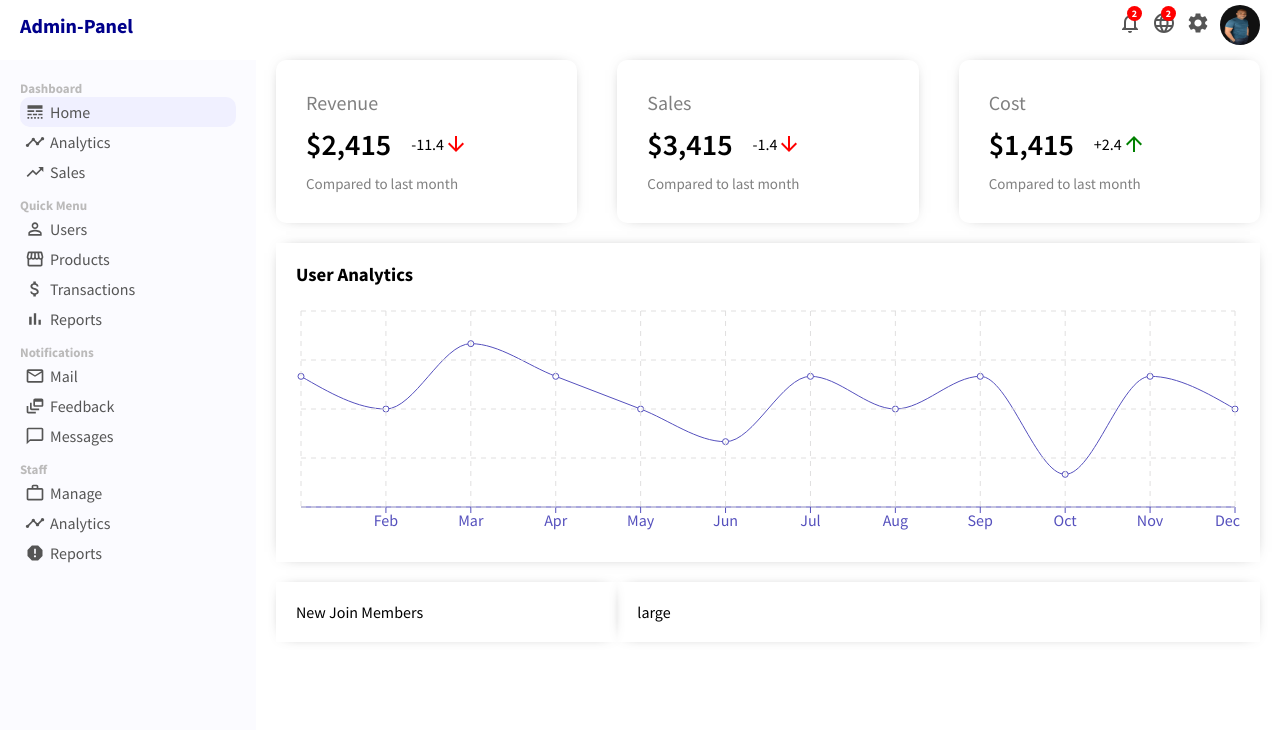
Repository: Samkiroko/admin-panel-ui
Page: /products
The author's editor kept a copy of each file at every save. The page is drawn from the files as they stood at one save, then again after the next save.
The browser window is 1280 px wide. The pictures show the whole page.
The project was rebuilt for these pictures with package versions that can differ from the ones it lists, and the page was loaded fresh each time.

Above is the page before, as saved 2021-09-22 21:36:15.

### public/index.html
<!DOCTYPE html>
<html lang="en">
  <head>
    <meta charset="utf-8" />

    <meta name="viewport" content="width=device-width, initial-scale=1" />
    <meta name="theme-color" content="#000000" />
    <meta
      name="description"
      content="Web site created using create-react-app"
    />
    <link rel="preconnect" href="https://fonts.googleapis.com" />
    <link rel="preconnect" href="https://fonts.gstatic.com" crossorigin />
    <link
      href="https://fonts.googleapis.com/css2?family=Source+Sans+Pro:wght@200;300;400;600;700;900&display=swap"
      rel="stylesheet"
    />

    <style>
      * {
        font-family: "Source Sans Pro", sans-serif;
        margin: 0;
      }
    </style>
    <title>React admin panel</title>
  </head>

  <body>
    <noscript>You need to enable JavaScript to run this app.</noscript>
    <div id="root"></div>
  </body>
</html>

### src/App.js
import Sidebar from './components/sidebar/Sidebar'
import Topbar from './components/topbar/Topbar'
import './app.css'
import Home from './pages/home/Home'

function App() {
  return (
    <div className='App'>
      <Topbar />
      <div className='container'>
        <Sidebar />
        <Home />
      </div>
    </div>
  )
}

export default App

### src/components/sidebar/Sidebar.js
import {
  LineStyle,
  Timeline,
  TrendingUp,
  PermIdentity,
  Storefront,
  AttachMoney,
  BarChart,
  MailOutline,
  DynamicFeed,
  ChatBubbleOutline,
  WorkOutline,
  Report,
} from '@material-ui/icons'
import React from 'react'
import './sidebar.css'

const Sidebar = () => {
  return (
    <div className='sidebar'>
      <div className='sidebarWrapper'>
        <div className='sidebarMenu'>
          <h3 className='sidebarTitle'>Dashboard</h3>
          <ul className='sidebarList'>
            <li className='sidebarListItem active'>
              <LineStyle className='sidebarIcon' />
              Home
            </li>

            <li className='sidebarListItem'>
              <Timeline className='sidebarIcon' />
              Analytics
            </li>
            <li className='sidebarListItem'>
              <TrendingUp className='sidebarIcon' />
              Sales
            </li>
          </ul>
        </div>
        <div className='sidebarMenu'>
          <h3 className='sidebarTitle'>Quick Menu</h3>
          <ul className='sidebarList'>
            <li className='sidebarListItem'>
              <PermIdentity className='sidebarIcon' />
              Users
            </li>

            <li className='sidebarListItem'>
              <Storefront className='sidebarIcon' />
              Products
            </li>

            <li className='sidebarListItem'>
              <AttachMoney className='sidebarIcon' />
              Transactions
            </li>
            <li className='sidebarListItem'>
              <BarChart className='sidebarIcon' />
              Reports
            </li>
          </ul>
        </div>
        <div className='sidebarMenu'>
          <h3 className='sidebarTitle'>Notifications</h3>
          <ul className='sidebarList'>
            <li className='sidebarListItem'>
              <MailOutline className='sidebarIcon' />
              Mail
            </li>
            <li className='sidebarListItem'>
              <DynamicFeed className='sidebarIcon' />
              Feedback
            </li>
            <li className='sidebarListItem'>
              <ChatBubbleOutline className='sidebarIcon' />
              Messages
            </li>
          </ul>
        </div>
        <div className='sidebarMenu'>
          <h3 className='sidebarTitle'>Staff</h3>
          <ul className='sidebarList'>
            <li className='sidebarListItem'>
              <WorkOutline className='sidebarIcon' />
              Manage
            </li>
            <li className='sidebarListItem'>
              <Timeline className='sidebarIcon' />
              Analytics
            </li>
            <li className='sidebarListItem'>
              <Report className='sidebarIcon' />
              Reports
            </li>
          </ul>
        </div>
      </div>
    </div>
  )
}

export default Sidebar

### src/components/topbar/Topbar.js
import React from 'react'
import './topbar.css'
import { Language, NotificationsNone, Settings } from '@material-ui/icons'
import avatar from '../../images/sam_pic.jpeg'
const Topbar = () => {
  return (
    <div className='topbar'>
      <div className='topbarWrapper'>
        <div className='topLeft'>
          <span className='logo'>Admin-Panel</span>
        </div>
        <div className='topRight'>
          <div className='topbarIconContainer'>
            <NotificationsNone />
            <span className='topIconBadge'>2</span>
          </div>
          <div className='topbarIconContainer'>
            <Language />
            <span className='topIconBadge'>2</span>
          </div>
          <div className='topbarIconContainer'>
            <Settings />
          </div>
          <img src={avatar} alt='avatar' className='topAvatar' />
        </div>
      </div>
    </div>
  )
}

export default Topbar

### src/app.css
.container {
    display: flex;
    margin-top: 10px;
}

.link {
    text-decoration: none;
    color: inherit;
}

### src/pages/home/Home.js
import React from 'react'
import Chart from '../../components/chart/Chart'
import FeatureInfo from '../../components/featuredInfo/FeatureInfo'
import './home.css'
import { userData } from '../../dummyData'
import WidgetLg from '../../components/widgetLg/WidgetLg'
import WidgetSm from '../../components/widgetSm/WidgetSm'

const Home = () => {
  return (
    <div className='home'>
      <FeatureInfo />
      <Chart data={userData} title='User Analytics' grid dataKey='Active User' />
      <div className='homeWidgets'>
        <WidgetSm />
        <WidgetLg />
      </div>
    </div>
  )
}

export default Home

### src/components/sidebar/sidebar.css
.sidebar {
    flex: 1;
    height: calc(100vh - 50px);
    background-color: rgb(251, 251, 255);
    position: sticky;
    top: 50px;
}

.sidebarWrapper {
    padding: 20px;
    color: #555;
}

.sidebarMenu {
    margin-bottom: 10px;
}

.sidebarTitle {
    font-size: 13px;
    color: rgb(187, 186, 186);
}

.sidebarList {
    list-style: none;
    padding: 0;
}

.sidebarListItem {
    padding: 5px;
    cursor: pointer;
    display: flex;
    align-items: center;
    border-radius: 10px;
}

.sidebarListItem.active,
.sidebarListItem:hover {
    background-color: rgb(240, 240, 255);
}

.sidebarIcon {
    margin-right: 5px;
    font-size: 20px !important;
}

### src/components/topbar/topbar.css
.topbar {
    width: 100%;
    height: 50px;
    background-color: white;
    position: sticky;
    top: 0;
    z-index: 999;
}

.topbarWrapper {
    height: 100%;
    padding: 0px 20px;
    display: flex;
    align-items: center;
    justify-content: space-between;
}

.logo {
    font-weight: bold;
    font-size: 20px;
    color: darkblue;
    cursor: pointer;
}

.topbarIconContainer {
    position: relative;
    align-items: center;
    margin-right: 10px;
    color: #555;
}

.topIconBadge {
    width: 15px;
    height: 15px;
    position: absolute;
    top: -5px;
    right: 0px;
    background-color: red;
    color: white;
    border-radius: 50%;
    display: flex;
    align-items: center;
    justify-content: center;
    font-size: 10px;
    font-weight: bold;
}

.topRight {
    display: flex;
    align-items: center;
    cursor: pointer;
}

.topAvatar {
    width: 40px;
    height: 40px;
    border-radius: 50%;
    cursor: pointer;
}

### src/components/chart/Chart.js
import './chart.css'
import { LineChart, Line, XAxis, CartesianGrid, Tooltip, ResponsiveContainer } from 'recharts'

export default function Chart({ title, data, dataKey, grid }) {
  return (
    <div className='chart'>
      <h3 className='chartTitle'>{title}</h3>
      <ResponsiveContainer width='100%' aspect={4 / 1}>
        <LineChart data={data}>
          <XAxis dataKey='name' stroke='#5550bd' />
          <Line type='monotone' dataKey={dataKey} stroke='#5550bd' />
          <Tooltip />
          {grid && <CartesianGrid stroke='#e0dfdf' strokeDasharray='5 5' />}
        </LineChart>
      </ResponsiveContainer>
    </div>
  )
}

### src/components/featuredInfo/FeatureInfo.js
import { ArrowDownward, ArrowUpward } from '@material-ui/icons'
import React from 'react'
import './featureInfo.css'

const FeatureInfo = () => {
  return (
    <div className='featured'>
      <div className='featuredItem'>
        <span className='featuredTitle'>Revenue</span>
        <div className='featuredMoneyContainer'>
          <span className='featuredMoney'>$2,415</span>
          <span className='featuredMoneyRate'>
            -11.4
            <ArrowDownward className='featuredIcon negative' />
          </span>
        </div>
        <span className='featuredSub'>Compared to last month</span>
      </div>
      <div className='featuredItem'>
        <span className='featuredTitle'>Sales</span>
        <div className='featuredMoneyContainer'>
          <span className='featuredMoney'>$3,415</span>
          <span className='featuredMoneyRate'>
            -1.4
            <ArrowDownward className='featuredIcon negative' />
          </span>
        </div>
        <span className='featuredSub'>Compared to last month</span>
      </div>{' '}
      <div className='featuredItem'>
        <span className='featuredTitle'>Cost</span>
        <div className='featuredMoneyContainer'>
          <span className='featuredMoney'>$1,415</span>
          <span className='featuredMoneyRate'>
            +2.4
            <ArrowUpward className='featuredIcon ' />
          </span>
        </div>
        <span className='featuredSub'>Compared to last month</span>
      </div>
    </div>
  )
}

export default FeatureInfo

### src/dummyData.js
export const userData = [
  {
    name: 'Jan',
    'Active User': 4000,
  },
  {
    name: 'Feb',
    'Active User': 3000,
  },
  {
    name: 'Mar',
    'Active User': 5000,
  },
  {
    name: 'Apr',
    'Active User': 4000,
  },
  {
    name: 'May',
    'Active User': 3000,
  },
  {
    name: 'Jun',
    'Active User': 2000,
  },
  {
    name: 'Jul',
    'Active User': 4000,
  },
  {
    name: 'Aug',
    'Active User': 3000,
  },
  {
    name: 'Sep',
    'Active User': 4000,
  },
  {
    name: 'Oct',
    'Active User': 1000,
  },
  {
    name: 'Nov',
    'Active User': 4000,
  },
  {
    name: 'Dec',
    'Active User': 3000,
  },
]

export const productData = [
  {
    name: 'Jan',
    Sales: 4000,
  },
  {
    name: 'Feb',
    Sales: 3000,
  },
  {
    name: 'Mar',
    Sales: 5000,
  },
]

export const userRows = [
  {
    id: 1,
    username: 'Jon Snow',
    avatar: 'https://images.pexels.com/photos/1152994/pexels-photo-1152994.jpeg?auto=compress&cs=tinysrgb&dpr=2&w=500',
    email: 'jon@gmail.com',
    status: 'active',
    transaction: '$120.00',
  },
  {
    id: 2,
    username: 'Jon Snow',
    avatar: 'https://images.pexels.com/photos/1152994/pexels-photo-1152994.jpeg?auto=compress&cs=tinysrgb&dpr=2&w=500',
    email: 'jon@gmail.com',
    status: 'active',
    transaction: '$120.00',
  },
  {
    id: 3,
    username: 'Jon Snow',
    avatar: 'https://images.pexels.com/photos/1152994/pexels-photo-1152994.jpeg?auto=compress&cs=tinysrgb&dpr=2&w=500',
    email: 'jon@gmail.com',
    status: 'active',
    transaction: '$120.00',
  },
  {
    id: 4,
    username: 'Jon Snow',
    avatar: 'https://images.pexels.com/photos/1152994/pexels-photo-1152994.jpeg?auto=compress&cs=tinysrgb&dpr=2&w=500',
    email: 'jon@gmail.com',
    status: 'active',
    transaction: '$120.00',
  },
  {
    id: 5,
    username: 'Jon Snow',
    avatar: 'https://images.pexels.com/photos/1152994/pexels-photo-1152994.jpeg?auto=compress&cs=tinysrgb&dpr=2&w=500',
    email: 'jon@gmail.com',
    status: 'active',
    transaction: '$120.00',
  },
  {
    id: 6,
    username: 'Jon Snow',
    avatar: 'https://images.pexels.com/photos/1152994/pexels-photo-1152994.jpeg?auto=compress&cs=tinysrgb&dpr=2&w=500',
    email: 'jon@gmail.com',
    status: 'active',
    transaction: '$120.00',
  },
  {
    id: 7,
    username: 'Jon Snow',
    avatar: 'https://images.pexels.com/photos/1152994/pexels-photo-1152994.jpeg?auto=compress&cs=tinysrgb&dpr=2&w=500',
    email: 'jon@gmail.com',
    status: 'active',
    transaction: '$120.00',
  },
  {
    id: 8,
    username: 'Jon Snow',
    avatar: 'https://images.pexels.com/photos/1152994/pexels-photo-1152994.jpeg?auto=compress&cs=tinysrgb&dpr=2&w=500',
    email: 'jon@gmail.com',
    status: 'active',
    transaction: '$120.00',
  },
  {
    id: 9,
    username: 'Jon Snow',
    avatar: 'https://images.pexels.com/photos/1152994/pexels-photo-1152994.jpeg?auto=compress&cs=tinysrgb&dpr=2&w=500',
    email: 'jon@gmail.com',
    status: 'active',
    transaction: '$120.00',
  },
  {
    id: 10,
    username: 'Jon Snow',
    avatar: 'https://images.pexels.com/photos/1152994/pexels-photo-1152994.jpeg?auto=compress&cs=tinysrgb&dpr=2&w=500',
    email: 'jon@gmail.com',
    status: 'active',
    transaction: '$120.00',
  },
]

export const productRows = [
  {
    id: 1,
    name: 'Apple Airpods',
    img: 'https://images.pexels.com/photos/7156886/pexels-photo-7156886.jpeg?auto=compress&cs=tinysrgb&dpr=2&w=500',
    stock: 123,
    status: 'active',
    price: '$120.00',
  },
  {
    id: 2,
    name: 'Apple Airpods',
    img: 'https://images.pexels.com/photos/7156886/pexels-photo-7156886.jpeg?auto=compress&cs=tinysrgb&dpr=2&w=500',
    stock: 123,
    status: 'active',
    price: '$120.00',
  },
  {
    id: 3,
    name: 'Apple Airpods',
    img: 'https://images.pexels.com/photos/7156886/pexels-photo-7156886.jpeg?auto=compress&cs=tinysrgb&dpr=2&w=500',
    stock: 123,
    status: 'active',
    price: '$120.00',
  },
  {
    id: 4,
    name: 'Apple Airpods',
    img: 'https://images.pexels.com/photos/7156886/pexels-photo-7156886.jpeg?auto=compress&cs=tinysrgb&dpr=2&w=500',
    stock: 123,
    status: 'active',
    price: '$120.00',
  },
  {
    id: 5,
    name: 'Apple Airpods',
    img: 'https://images.pexels.com/photos/7156886/pexels-photo-7156886.jpeg?auto=compress&cs=tinysrgb&dpr=2&w=500',
    stock: 123,
    status: 'active',
    price: '$120.00',
  },
  {
    id: 6,
    name: 'Apple Airpods',
    img: 'https://images.pexels.com/photos/7156886/pexels-photo-7156886.jpeg?auto=compress&cs=tinysrgb&dpr=2&w=500',
    stock: 123,
    status: 'active',
    price: '$120.00',
  },
  {
    id: 7,
    name: 'Apple Airpods',
    img: 'https://images.pexels.com/photos/7156886/pexels-photo-7156886.jpeg?auto=compress&cs=tinysrgb&dpr=2&w=500',
    stock: 123,
    status: 'active',
    price: '$120.00',
  },
  {
    id: 8,
    name: 'Apple Airpods',
    img: 'https://images.pexels.com/photos/7156886/pexels-photo-7156886.jpeg?auto=compress&cs=tinysrgb&dpr=2&w=500',
    stock: 123,
    status: 'active',
    price: '$120.00',
  },
  {
    id: 9,
    name: 'Apple Airpods',
    img: 'https://images.pexels.com/photos/7156886/pexels-photo-7156886.jpeg?auto=compress&cs=tinysrgb&dpr=2&w=500',
    stock: 123,
    status: 'active',
    price: '$120.00',
  },
  {
    id: 10,
    name: 'Apple Airpods',
    img: 'https://images.pexels.com/photos/7156886/pexels-photo-7156886.jpeg?auto=compress&cs=tinysrgb&dpr=2&w=500',
    stock: 123,
    status: 'active',
    price: '$120.00',
  },
]

### src/components/widgetLg/WidgetLg.js
import React from 'react'
import './widgetLg.css'

const WidgetLg = () => {
  return <div className='widgetLg'>large</div>
}

export default WidgetLg

### src/components/widgetSm/WidgetSm.js
import React from 'react'
import './widgetSm.css'

const WidgetSm = () => {
  return (
    <div className='widgetSg'>
      <span className='widgetSmTitle'>New Join Members</span>
    </div>
  )
}

export default WidgetSm

### src/components/chart/chart.css
.chart {
    margin: 20px;
    padding: 20px;
    cursor: pointer;
    -webkit-box-shadow: 0px 0px 15px -10px rgba(0, 0, 0, 0.75);
    box-shadow: 0px 0px 15px -10px rgba(0, 0, 0, 0.75);
}

.chartTitle {
    margin-bottom: 20px;
}

### src/components/featuredInfo/featureInfo.css
.featured {
    width: 100%;
    display: flex;
    justify-content: space-between;
}

.featuredItem {
    flex: 1;
    margin: 0px 20px;
    padding: 30px;
    border-radius: 10px;
    cursor: pointer;
    -webkit-box-shadow: 0px 0px 15px -10px rgba(0, 0, 0, 0.75);
    box-shadow: 0px 0px 15px -10px rgba(0, 0, 0, 0.75);
}

.featuredTitle {
    font-size: 20px;
    color: gray;
}

.featuredMoneyContainer {
    margin: 10px 0px;
    display: flex;
    align-items: center;
}

.featuredMoney {
    font-size: 30px;
    font-weight: 600;
}

.featuredMoneyRate {
    display: flex;
    align-items: center;
    margin-left: 20px;
}

.featuredIcon {
    font-size: 14px;
    margin-right: 5px;
    color: green;
}

.featuredIcon.negative {
    color: red;
}

.featuredSub {
    font-size: 15px;
    color: gray;
}

### src/components/widgetLg/widgetLg.css
.widgetLg {
    flex: 2;
    padding: 20px;
    -webkit-box-shadow: 0px 0px 15px -10px rgba(0, 0, 0, 0.75);
    box-shadow: 0px 0px 15px -10px rgba(0, 0, 0, 0.75);
}

### src/components/widgetSm/widgetSm.css
.widgetSg {
    flex: 1;
    padding: 20px;
    -webkit-box-shadow: 0px 0px 15px -10px rgba(0, 0, 0, 0.75);
    box-shadow: 0px 0px 15px -10px rgba(0, 0, 0, 0.75);
}

Loaded but not shown: src/index.js (common file); src/index.css (common file); src/pages/home/home.css (common file)

After the next save:
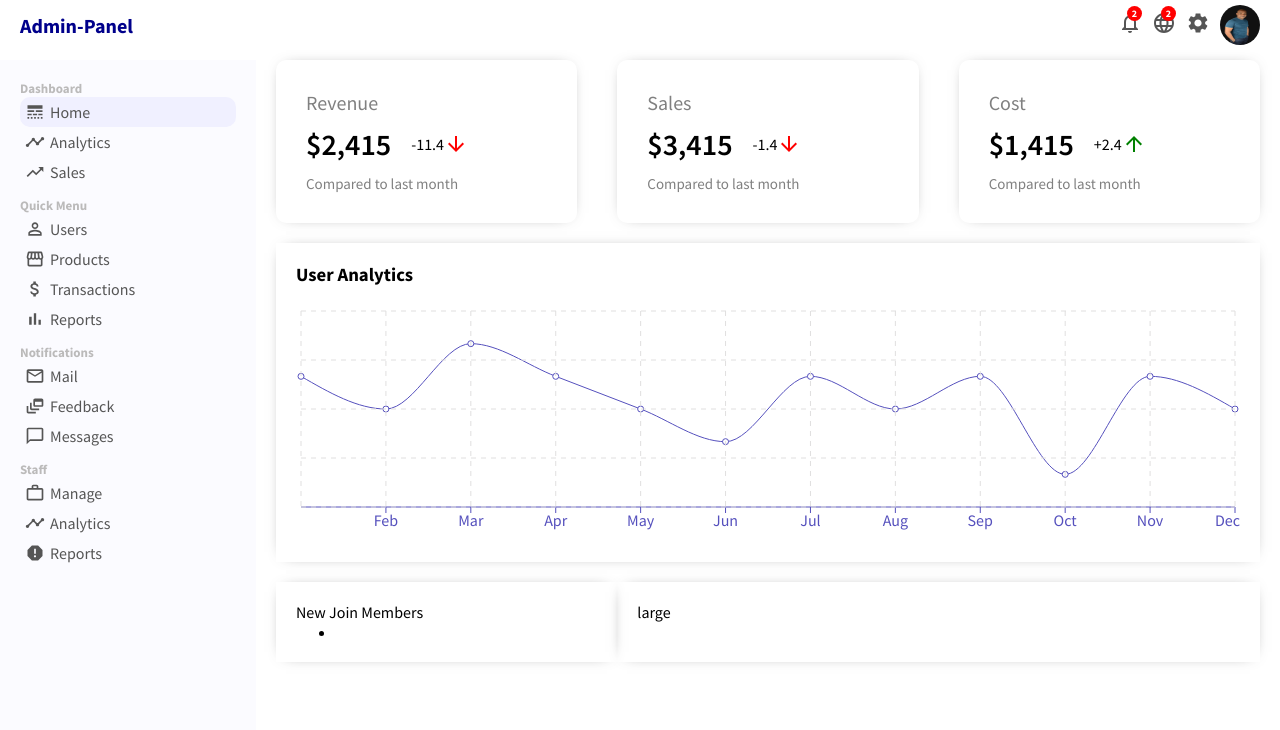
Saved 40 s later.
--- a/src/components/widgetSm/WidgetSm.js
+++ b/src/components/widgetSm/WidgetSm.js
@@ -5,6 +5,9 @@ const WidgetSm = () => {
   return (
     <div className='widgetSg'>
       <span className='widgetSmTitle'>New Join Members</span>
+      <ul className='widgetSmList'>
+        <li className='widgetSmItem'></li>
+      </ul>
     </div>
   )
 }
